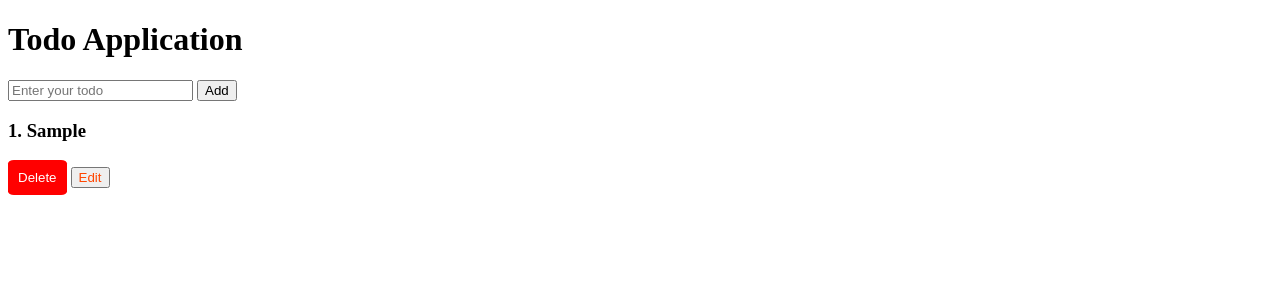
Repository: Alphosmart/param
Page: todo.html
The author's editor kept a copy of each file at every save. The page is drawn from the files as they stood at one save, then again after the next save.
The browser window is 1280 px wide. The pictures show the whole page.
Empty fields were first filled with sample values (such as "Sample", 5 or name@example.com).
After loading, the first visible `button` was clicked once.

Above is the page before, as saved 2024-06-29 13:06:51.

After the next save:
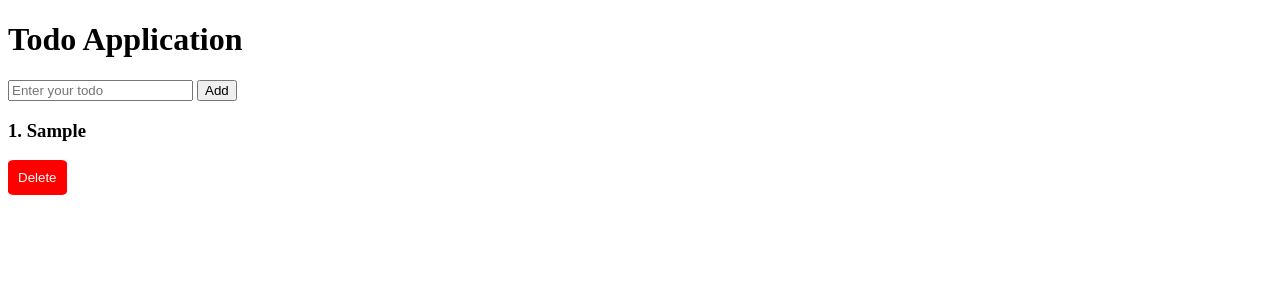
Saved 8 min 45 s later.
--- a/script.js
+++ b/script.js
@@ -1,36 +1,47 @@
-var allTodos = []
+var allTodos = [];
 function addTodo() {
-    var inputs = document.getElementById('todo').value
-    if (inputs !== "") {
-        allTodos.push(inputs)
-        console.log(allTodos);
-        document.getElementById('todo').value = ''
-        displayTodo()
-    } else {
-        alert("Hey, fill something now")
-    }
+  var inputs = document.getElementById('todo').value;
+  if (inputs !== '') {
+    allTodos.push(inputs);
+    console.log(allTodos);
+    document.getElementById('todo').value = '';
+    displayTodo();
+  } else {
+    alert('Hey, fill something now');
+  }
 }
 
-
 function displayTodo() {
-    showFace.innerHTML = ''
-    for (var i = 0; i < allTodos.length; i++) {
-        showFace.innerHTML += `
+  showFace.innerHTML = '';
+  for (var i = 0; i < allTodos.length; i++) {
+    showFace.innerHTML += `
                 <h3> ${i + 1}. ${allTodos[i]}</h3>
                 <button class='btnDelete' onclick="deleteTodo(${i})">Delete</button>
-                <button style="color: orangered">Edit</button>
-            `
-    }
+                <button class='btnEdit' onClick='editTodo() style="color: orangered">Edit</button>
+            `;
+  }
 }
 
 function deleteTodo(index) {
-    // console.log(index);
-    var asapu = confirm("Unimaginable bad things will happen o, are you sure?")
-    // console.log(asapu);
-    if (asapu == true) {
-        allTodos.splice(index, 1)
-        displayTodo()
-    } else {
-        displayTodo()
-    }
+  // console.log(index);
+  var asapu = confirm('Unimaginable bad things will happen o, are you sure?');
+  // console.log(asapu);
+  if (asapu == true) {
+    allTodos.splice(index, 1);
+    displayTodo();
+  } else {
+    displayTodo();
+  }
 }
+
+function editTodo(index) {
+  // console.log(index);
+  var asapu = confirm('Unimaginable bad things will happen o, are you sure?');
+  // console.log(asapu);
+  if (asapu == true) {
+    allTodos.splice(index, 1);
+    displayTodo();
+  } else {
+    displayTodo();
+  }
+}
